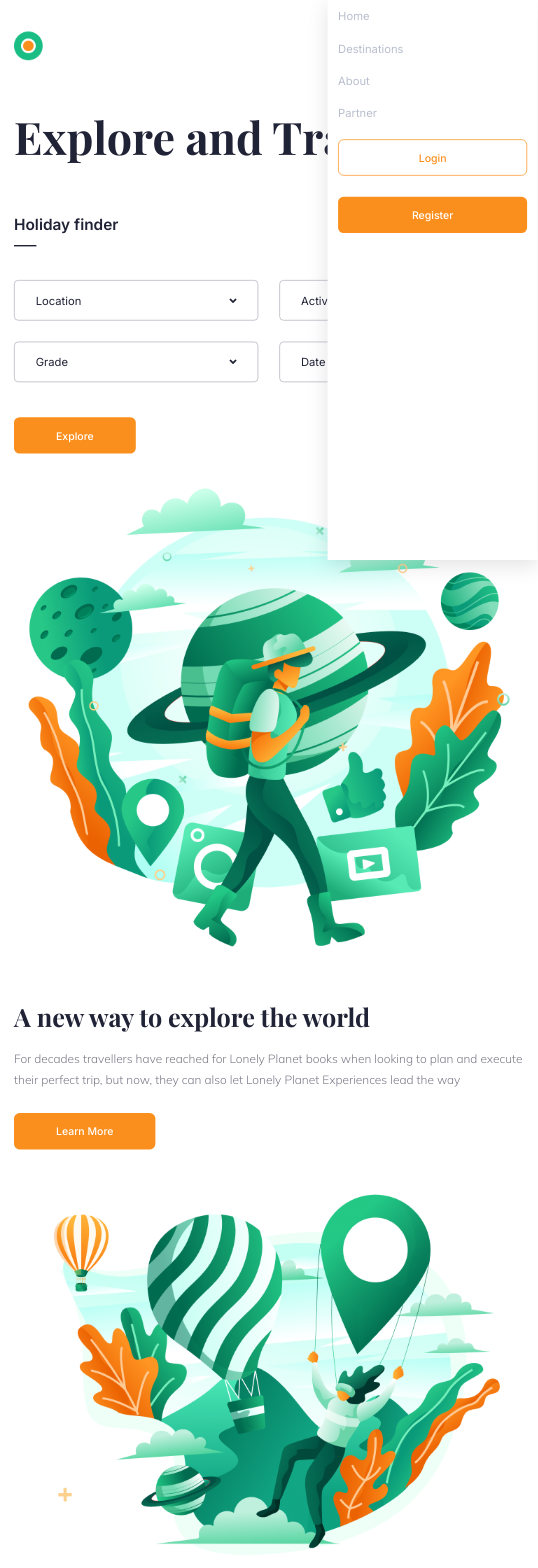
Repository: long5122000/sunny
Page: index.html
The author's editor kept a copy of each file at every save. The page is drawn from the files as they stood at one save, then again after a run of saves.
The browser window is 768 px wide. The pictures show the part of the page from y = 0 to 2240 px (the page is 4786 px tall), at 70% of full size.
The style sheet was rebuilt from its Sass, Less or Tailwind sources for each picture, by a compiler version that may differ from the author's.

Above is the page before, as saved 2021-11-25 21:39:32.

### index.html
<!DOCTYPE html>
<html lang="en">
  <head>
    <meta charset="UTF-8" />
    <meta http-equiv="X-UA-Compatible" content="IE=edge" />
    <meta name="viewport" content="width=device-width, initial-scale=1.0" />
    <title>Thousand Sunny</title>
    <link rel="preconnect" href="https://fonts.googleapis.com" />
    <link rel="preconnect" href="https://fonts.gstatic.com" crossorigin />
    <link
      href="https://fonts.googleapis.com/css2?family=Inter:wght@400;500;600&family=Mulish:wght@300;700&family=Playfair+Display:wght@700&display=swap"
      rel="stylesheet"
    />
    <link
      rel="stylesheet"
      href="https://use.fontawesome.com/releases/v5.15.4/css/all.css"
      integrity="sha384-DyZ88mC6Up2uqS4h/KRgHuoeGwBcD4Ng9SiP4dIRy0EXTlnuz47vAwmeGwVChigm"
      crossorigin="anonymous"
    />
    <link rel="stylesheet" href="./css/app.css" />
  </head>
  <body>
    <div class="wrapper">
      <header class="header">
        <div class="container">
          <div class="header-main">
            <img srcset="./images/logo.png 2x" alt="" />
            <ul class="menu">
              <li class="menu-item">
                <a href="#" class="menu-link">Home</a>
              </li>
              <li class="menu-item">
                <a href="#" class="menu-link">Destinations</a>
              </li>
              <li class="menu-item">
                <a href="#" class="menu-link">About</a>
              </li>
              <li class="menu-item">
                <a href="#" class="menu-link">Partner</a>
              </li>
              <li class="menu-item">
                <a href="#" class="btn btn--secondary">Login</a>
              </li>
              <li class="menu-item">
                <a href="#" class="btn btn--primary">Register</a>
              </li>
            </ul>
          </div>
        </div>
      </header>
      <main>
        <section class="hero">
          <div class="container">
            <div class="hero-main">
              <div class="hero-content">
                <h1 class="heading hero-heading">Explore and Travel</h1>
                <div class="hero-caption">Holiday finder</div>
                <div class="hero-form">
                  <div class="dropdown">
                    <div class="dropdown-select">
                      <span class="dropdown-value">Location</span>
                      <i class="fas fa-angle-down"></i>
                    </div>
                    <div class="dropdown-list">
                      <div class="dropdown-item">title</div>
                      <div class="dropdown-item">title</div>
                      <div class="dropdown-item">title</div>
                    </div>
                  </div>
                  <div class="dropdown">
                    <div class="dropdown-select">
                      <span class="dropdown-value">Activity</span>
                      <i class="fas fa-angle-down"></i>
                    </div>
                    <div class="dropdown-list">
                      <div class="dropdown-item">title</div>
                      <div class="dropdown-item">title</div>
                      <div class="dropdown-item">title</div>
                    </div>
                  </div>
                  <div class="dropdown">
                    <div class="dropdown-select">
                      <span class="dropdown-value">Grade</span>
                      <i class="fas fa-angle-down"></i>
                    </div>
                    <div class="dropdown-list">
                      <div class="dropdown-item">title</div>
                      <div class="dropdown-item">title</div>
                      <div class="dropdown-item">title</div>
                    </div>
                  </div>
                  <div class="dropdown">
                    <div class="dropdown-select">
                      <span class="dropdown-value">Date</span>
                      <i class="fas fa-angle-down"></i>
                    </div>
                    <div class="dropdown-list">
                      <div class="dropdown-item">title</div>
                      <div class="dropdown-item">title</div>
                      <div class="dropdown-item">title</div>
                    </div>
                  </div>
                </div>
                <a href="#!" class="btn btn--primary">Explore</a>
              </div>
              <div class="hero-image">
                <img srcset="./images/img1.png 2x" alt="" />
              </div>
            </div>
          </div>
        </section>
        <section class="explore">
          <div class="container">
            <div class="explore-main">
              <div class="explore-image">
                <img srcset="./images/img2.png 2x" alt="" />
              </div>
              <div class="explore-content">
                <h2 class="heading explore-heading heading--small">
                  A new way to explore the world
                </h2>
                <p class="text explore-desc">
                  For decades travellers have reached for Lonely Planet books
                  when looking to plan and execute their perfect trip, but now,
                  they can also let Lonely Planet Experiences lead the way
                </p>
                <div class="btn btn--primary" href="!#">Learn More</div>
              </div>
            </div>
          </div>
        </section>
        <section class="destination">
          <div class="container">
            <div class="destination-header">
              <h2 class="heading heading--small">Featured destinations</h2>
              <a href="#!" class="viewall">
                <span>View all</span>
                <i class="fas fa-angle-right"></i>
              </a>
            </div>
            <div class="destination-list">
              <div class="destination-item">
                <div class="destination-image">
                  <img srcset="./images/destination1.png 2x" alt="" />
                </div>
                <div class="destination-content">
                  <h3 class="destination-name">Raja Ampat</h3>
                  <span class="destination-country">Indonesia</span>
                </div>
              </div>
              <div class="destination-item">
                <div class="destination-image">
                  <img srcset="./images/destination2.png 2x" alt="" />
                </div>
                <div class="destination-content">
                  <h3 class="destination-name">Fanjingshan</h3>
                  <span class="destination-country">China</span>
                </div>
              </div>
              <div class="destination-item">
                <div class="destination-image">
                  <img srcset="./images/destination3.png 2x" alt="" />
                </div>
                <div class="destination-content">
                  <h3 class="destination-name">Vevey</h3>
                  <span class="destination-country">Switzerland</span>
                </div>
              </div>
              <div class="destination-item">
                <div class="destination-image">
                  <img srcset="./images/destination4.png 2x" alt="" />
                </div>
                <div class="destination-content">
                  <h3 class="destination-name">Skadar</h3>
                  <span class="destination-country">Montenegro</span>
                </div>
              </div>
            </div>
          </div>
        </section>
        <section class="guides">
          <div class="container">
            <div class="guides-main">
              <div class="guides-content">
                <h2 class="heading guides-heading heading--small">
                  Guides by Thousand Sunny
                </h2>
                <div class="text guides-desc">
                  Packed with tips and advice from our on-the-ground experts,
                  our city guides app (iOS and Android) is the ultimate resource
                  before and during a trip.
                </div>
                <a href="#!" class="btn btn--primary">Download</a>
              </div>
              <div class="guides-image">
                <img srcset="./images/img3.png 2x" alt="" />
              </div>
            </div>
          </div>
        </section>
        <section class="testimonial">
          <div class="container">
            <div class="testimonial-main">
              <h2 class="heading heading--small testimonial-heading">
                Testimonials
              </h2>
              <div class="testimonial-container">
                <div class="testimonial-content">
                  <div class="testimonial-rating">
                    <i class="fa fa-star"></i>
                    <i class="fa fa-star"></i>
                    <i class="fa fa-star"></i>
                    <i class="fa fa-star"></i>
                    <i class="fa fa-star"></i>
                  </div>
                  <div class="testimonial-desc text">
                    “Quisque in lacus a urna fermentum euismod. Integer mi nibh,
                    dapibus ac scelerisque eu, facilisis quis purus. Morbi
                    blandit sit amet turpis nec”
                  </div>
                  <div class="testimonial-author">
                    <h3 class="testimonial-name">John Smith</h3>
                    <span class="testimonial-job">Founder Circle</span>
                  </div>
                </div>
                <div class="testimonial-image">
                  <img srcset="./images/testimonial.png 2x" alt="" />
                </div>
              </div>
            </div>
          </div>
        </section>
        <section class="story">
          <div class="container">
            <div class="story-header">
              <h2 class="heading heading--small story-heading">
                Trending stories
              </h2>
              <a href="#!" class="viewall">
                <span>View all</span>
                <i class="fas fa-angle-right"></i>
              </a>
            </div>
            <div class="story-list">
              <div class="story-item">
                <div class="story-image">
                  <img srcset="./images/story1.png 2x" alt="" />
                </div>
                <div class="story-content">
                  <h3 class="story-title">
                    The many benefits of taking a healing holiday
                  </h3>
                  <p class="story-desc">
                    ‘Helaing holidays’ are on the rise tohelp maximise your
                    health and happines...
                  </p>
                  <a href="#!" class="story-more">Read more</a>
                </div>
              </div>
              <div class="story-item">
                <div class="story-image">
                  <img srcset="./images/story2.png 2x" alt="" />
                </div>
                <div class="story-content">
                  <h3 class="story-title">
                    The best Kyoto restaurant to try Japanese food
                  </h3>
                  <p class="story-desc">
                    From tofu to teahouses, here’s our guide to Kyoto’s best
                    restaurants to visit...
                  </p>
                  <a href="#!" class="story-more">Read more</a>
                </div>
              </div>
              <div class="story-item">
                <div class="story-image">
                  <img srcset="./images/story3.png 2x" alt="" />
                </div>
                <div class="story-content">
                  <h3 class="story-title">
                    Skip Chichen Itza and head to this remote Yucatan
                  </h3>
                  <p class="story-desc">
                    It’s remote and challenging to get, but braving the jungle
                    and exploring these ruins without the...
                  </p>
                  <a href="#!" class="story-more">Read more</a>
                </div>
              </div>
              <div class="story-item">
                <div class="story-image">
                  <img srcset="./images/story4.png 2x" alt="" />
                </div>
                <div class="story-content">
                  <h3 class="story-title">
                    Surf’s up at these beginner spots around the world
                  </h3>
                  <p class="story-desc">
                    If learning to surf has in on your to- do list for a while,
                    the good news is: it’s never too late...
                  </p>
                  <a href="#!" class="story-more">Read more</a>
                </div>
              </div>
            </div>
          </div>
        </section>
      </main>
      <div class="footer">
        <div class="container">
          <div class="footer-top">
            <div class="footer-column">
              <img srcset="./images/logo.png 2x" alt="" class="footer-logo" />
              <p class="text footer-desc">
                Plan and book your perfect trip with expert advice, travel tips
                destination information from us
              </p>
              <p class="text copyright">
                ©2020 Thousand Sunny. All rights reserved
              </p>
            </div>
            <div class="footer-column">
              <h3 class="footer-title">Destinations</h3>
              <ul class="footer-links">
                <li class="footer-item">
                  <a href="#!" class="footer-link">Africa</a>
                </li>
                <li class="footer-item">
                  <a href="#!" class="footer-link">Antarctica</a>
                </li>
                <li class="footer-item">
                  <a href="#!" class="footer-link">Asia</a>
                </li>
                <li class="footer-item">
                  <a href="#!" class="footer-link">Europe</a>
                </li>
                <li class="footer-item">
                  <a href="#!" class="footer-link">America</a>
                </li>
              </ul>
            </div>
            <div class="footer-column">
              <h3 class="footer-title">Shop</h3>
              <ul class="footer-links">
                <li class="footer-item">
                  <a href="#!" class="footer-link">Destination Guides</a>
                </li>
                <li class="footer-item">
                  <a href="#!" class="footer-link">Pictorial & Gifts</a>
                </li>
                <li class="footer-item">
                  <a href="#!" class="footer-link">Special Offers</a>
                </li>
                <li class="footer-item">
                  <a href="#!" class="footer-link">Delivery Times</a>
                </li>
                <li class="footer-item">
                  <a href="#!" class="footer-link">FAQs</a>
                </li>
              </ul>
            </div>
            <div class="footer-column">
              <h3 class="footer-title">Interests</h3>
              <ul class="footer-links">
                <li class="footer-item">
                  <a href="#!" class="footer-link">Adventure Travel </a>
                </li>
                <li class="footer-item">
                  <a href="#!" class="footer-link">Art And Culture</a>
                </li>
                <li class="footer-item">
                  <a href="#!" class="footer-link">Wildlife And Nature</a>
                </li>
                <li class="footer-item">
                  <a href="#!" class="footer-link">Family Holidays</a>
                </li>
                <li class="footer-item">
                  <a href="#!" class="footer-link">Food And Drink</a>
                </li>
              </ul>
            </div>
          </div>
          <div class="footer-bottom">
            <a href="#!" class="footer-social">
              <i class="fab fa-facebook-square"></i>
            </a>
            <a href="#!" class="footer-social">
              <i class="fab fa-facebook-square"></i>
            </a>
            <a href="#!" class="footer-social">
              <i class="fab fa-facebook-square"></i>
            </a>
            <a href="#!" class="footer-social">
              <i class="fab fa-facebook-square"></i>
            </a>
            <a href="#!" class="footer-social">
              <i class="fab fa-facebook-square"></i>
            </a>
          </div>
        </div>
      </div>
    </div>
    <script src="scripts/app.js"></script>
  </body>
</html>

### sass/app.scss
@import "reset";
@import "variables";
@import "global";
@import "typography";
@import "header";
@import "menu";
@import "hero";
@import "explore";
@import "destination";
@import "guides";
@import "testimonial";
@import "story";
@import "footer";

### sass/_variables.scss
$primary-font: "Inter", sans-serif;
$secondary-font: "Playfair Display", serif;
$third-font: "Mulish", sans-serif;
$gray: #b8becd;
$gray-dark: #afb0b9;
$gray-darker: #7d7987;
$gray-darkest: #202336;
$primary-color: #fb8f1d;
$gray-blur: #80918e;
$gray-lighter: #f9f9fb;

### sass/_global.scss
body {
  overflow-x: hidden;
}
.wrapper {
  max-width: 1600px;
  margin: 0 auto;
}
.container {
  max-width: 1260px;
  margin: 0 auto;
  padding: 0 20px;
}
ul {
  list-style: none;
}
.btn {
  display: inline-flex;
  justify-content: center;
  align-items: center;
  cursor: pointer;
  font-size: 15px;
  font-weight: 500;
  font-family: $primary-font;
  line-height: 1;
  height: 52px;
  padding: 0 60px;
  border-radius: 8px;
  background-color: transparent;
  border: 0;
  outline: none;
  &--primary {
    color: white;
    background-color: $primary-color;
  }
  &--secondary {
    color: $primary-color;
    border: 1px solid currentColor;
  }
}
.dropdown {
  &-list {
    display: none;
  }
  &-select {
    display: flex;
    justify-content: space-between;
    align-items: center;
    padding: 20px 30px;
    border-radius: 6px;
    border: 1px solid $gray-dark;
    color: $gray-darkest;
    cursor: pointer;
  }
}
.viewall {
  color: $primary-color;
  display: flex;
  align-items: center;
  gap: 0 5px;
  white-space: nowrap;
}

### sass/_typography.scss
body {
  font-family: $primary-font;
  font-size: 16px;
  line-height: 1;
  color: $gray;
}
.heading {
  font-family: $secondary-font;
  color: $gray-darkest;
  &--small {
    line-height: 139%;
    font-size: 36px;
  }
}
.text {
  font-weight: 300;
  line-height: 176%;
  font-size: 17px;
  color: $gray-darker;
  font-family: $third-font;
}
@media screen and (max-width: 767px) {
  .heading {
    &--small {
      font-size: 30px;
    }
  }
}

### sass/_header.scss
.header {
  padding-top: 45px;
  padding-bottom: 70px;
  &-main {
    display: flex;
    justify-content: space-between;
    align-items: center;
  }
}

### sass/_menu.scss
.menu {
  display: flex;
  align-items: center;
  gap: 0 35px;
  &-link {
    color: inherit;
  }
  @media screen and (max-width: 1023px) {
    position: fixed;
    top: 0;
    right: 0;
    bottom: 0;
    background-color: white;
    box-shadow: rgba(100, 100, 111, 0.2) 0px 7px 29px 0px;
    width: 300px;
    flex-direction: column;
    align-items: stretch;
    z-index: 9;
    &-link {
      display: block;
      padding: 15px;
    }
    &-item:last-child,
    &-item:nth-last-child(2) {
      padding: 15px;
    }
    .btn {
      width: 100%;
    }
  }
  @media screen and (max-width: 767px) {
    padding: 30px 0;
  }
}

### sass/_hero.scss
.hero {
  margin-bottom: 270px;
  &-main {
    display: flex;
    justify-content: space-between;
    align-items: center;
  }
  &-heading {
    font-size: 64px;
    line-height: 125%;
    margin-bottom: 74px;
  }
  &-caption {
    font-size: 22px;
    font-weight: 600;
    margin-bottom: 48px;
    padding-bottom: 20px;
    display: inline-block;
    position: relative;
    color: $gray-darkest;
    &:before {
      content: "";
      position: absolute;
      bottom: 0;
      left: 0;
      width: 32px;
      height: 2px;
      background-color: $gray-darkest;
    }
  }
  &-content {
    width: 100%;
  }
  &-form {
    margin-bottom: 50px;
    display: grid;
    grid-template-columns: 1fr 1fr;
    grid-gap: 30px;
  }
  @media screen and (min-width: 1280px) {
    &-image {
      transform: translateX(85px);
    }
  }
  @media screen and (min-width: 1024px) {
    &-content {
      width: 100%;
      max-width: 470px;
    }
  }

  @media screen and (max-width: 1023px) {
    margin-bottom: 75px;
    &-main {
      flex-direction: column;
      gap: 50px 0;
    }
  }
  @media screen and (max-width: 767px) {
    &-heading {
      font-size: 50px;
      margin-bottom: 40px;
    }
    &-form {
      grid-template-columns: 1fr;
    }
  }
}

### sass/_explore.scss
.explore {
  margin-bottom: 292px;
  &-main {
    display: flex;
    justify-content: space-between;
    align-items: center;
    gap: 0 50px;
  }

  &-heading {
    margin-bottom: 20px;
  }
  &-desc {
    margin-bottom: 33px;
  }
  @media screen and (max-width: 1023px) {
    margin-bottom: 75px;
    &-main {
      flex-direction: column-reverse;
      gap: 50px 0;
    }
  }
  @media screen and (min-width: 1024px) {
    &-content {
      max-width: 508px;
      padding-right: 58px;
    }
    &-image {
      transform: translateX(-50px);
    }
  }
}

### sass/_guides.scss
.guides {
  margin-bottom: 250px;
  &-main {
    display: flex;
    justify-content: space-between;
    align-items: center;
    gap: 0 80px;
  }
  &-content {
    width: 100%;
  }
  &-heading {
    margin-bottom: 20px;
  }
  &-desc {
    margin-bottom: 33px;
  }
  @media screen and (min-width: 1024px) {
    &-content {
      max-width: 450px;
      transform: translateX(50px);
    }
    &-image {
      padding-right: 40px;
    }
  }

  @media screen and (max-width: 1023px) {
    margin-bottom: 75px;
    &-main {
      flex-direction: column;
    }
  }
}

### sass/_testimonial.scss
.testimonial {
  margin-bottom: 270px;
  &-heading {
    margin-bottom: 60px;
  }
  &-main {
    max-width: 1085px;
    position: relative;
  }
  &-container {
    display: flex;
    justify-content: space-between;
    align-items: center;
    gap: 0 25px;
  }
  &-content {
    max-width: 450px;
  }
  &-rating {
    font-size: 20px;
    display: flex;
    align-items: center;
    gap: 15px;
    margin-bottom: 30px;
    color: #ffbb0c;
  }
  &-desc {
    color: #000;
    margin-bottom: 40px;
    font-size: 24px;
    font-weight: 400;
  }
  &-name {
    font-size: 22px;
    font-weight: bold;
    color: #000;
    margin-bottom: 20px;
  }
  &-job {
    font-size: 18px;
    color: #000;
  }
  @media screen and (min-width: 1024px) {
    &-main {
      padding-left: 50px;
    }
  }

  @media screen and (max-width: 1023px) {
    margin-bottom: 75px;
  }
  @media screen and (max-width: 767px) {
    &-container {
      flex-direction: column;
      gap: 50px 0;
    }
    &-heading {
      margin-bottom: 30px;
    }
    &-desc {
      font-size: 18px;
      margin-bottom: 20px;
    }
    &-name {
      font-size: 20px;
      margin-bottom: 10px;
    }
    &-job {
      font-size: 16px;
    }
    &-image {
      height: 400px;
      img {
        width: 100%;
        height: 100%;
        object-fit: cover;
        border-radius: 12px;
      }
    }
  }
}

### sass/_footer.scss
.footer {
  background-color: $gray-lighter;
  padding-top: 80px;
  font-family: $third-font;
  display: none;
  &-top {
    display: grid;
    grid-template-columns: 3fr repeat(3, 1fr);
    grid-gap: 30px 80px;
    padding-bottom: 77px;
    border-bottom: 1px solid #c4c4c4;
  }
  &-bottom {
    display: flex;
    justify-content: center;
    align-items: center;
    padding: 30px 0;
    gap: 0 35px;
  }
  &-logo {
    margin-bottom: 26px;
  }
  &-desc {
    margin-bottom: 55px;
    font-size: 18px;
    max-width: 335px;
  }
  &-copyright {
    font-size: 17px;
  }
  &-title {
    color: #000;
    font-size: 19px;
    margin-bottom: 40px;
    font-weight: bold;
  }
  &-item {
    margin-bottom: 25px;
  }

  &-link {
    color: #848484;
  }
}

Loaded but not shown: sass/_reset.scss (common file); sass/_story.scss (98 lines, source omitted); sass/_destination.scss (92 lines, source omitted); scripts/app.js (no stored copy; drawn as an empty file)

After the next 2 saves:
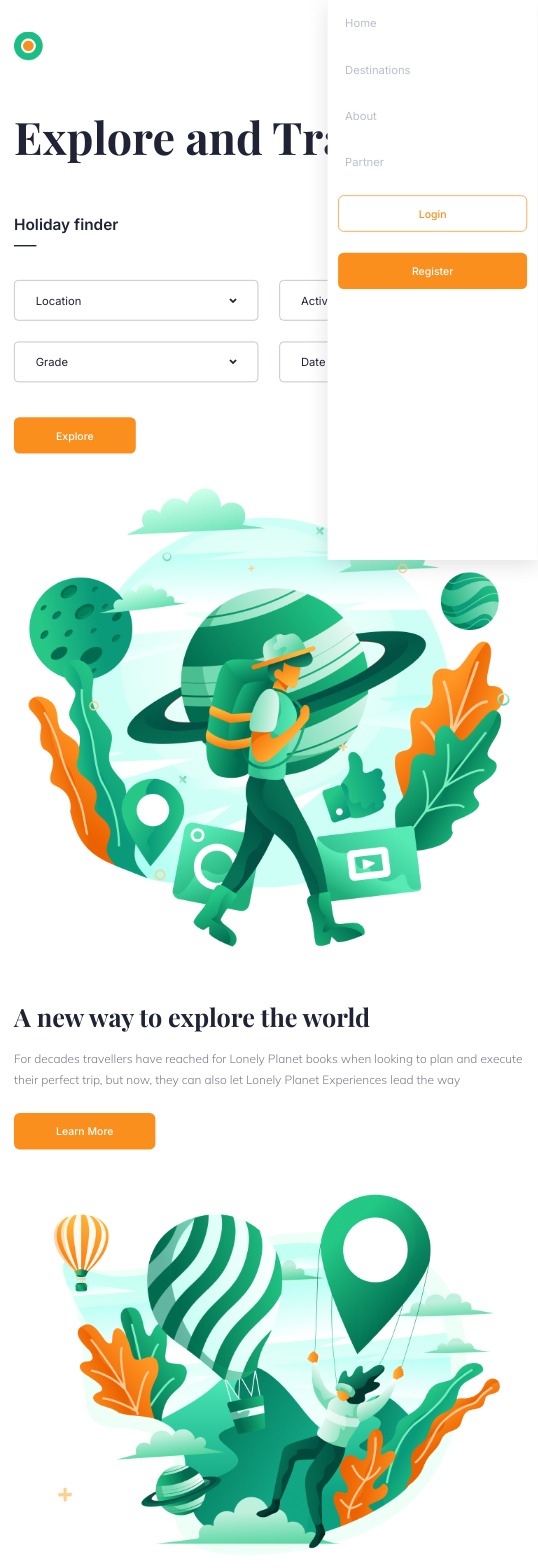
The 2 saves are shown as one change because they came seconds apart.
The last was saved 2 min 26 s later.
--- a/sass/_menu.scss
+++ b/sass/_menu.scss
@@ -18,7 +18,8 @@
     z-index: 9;
     &-link {
       display: block;
-      padding: 15px;
+      padding: 25px;
+      width: 100%;
     }
     &-item:last-child,
     &-item:nth-last-child(2) {
